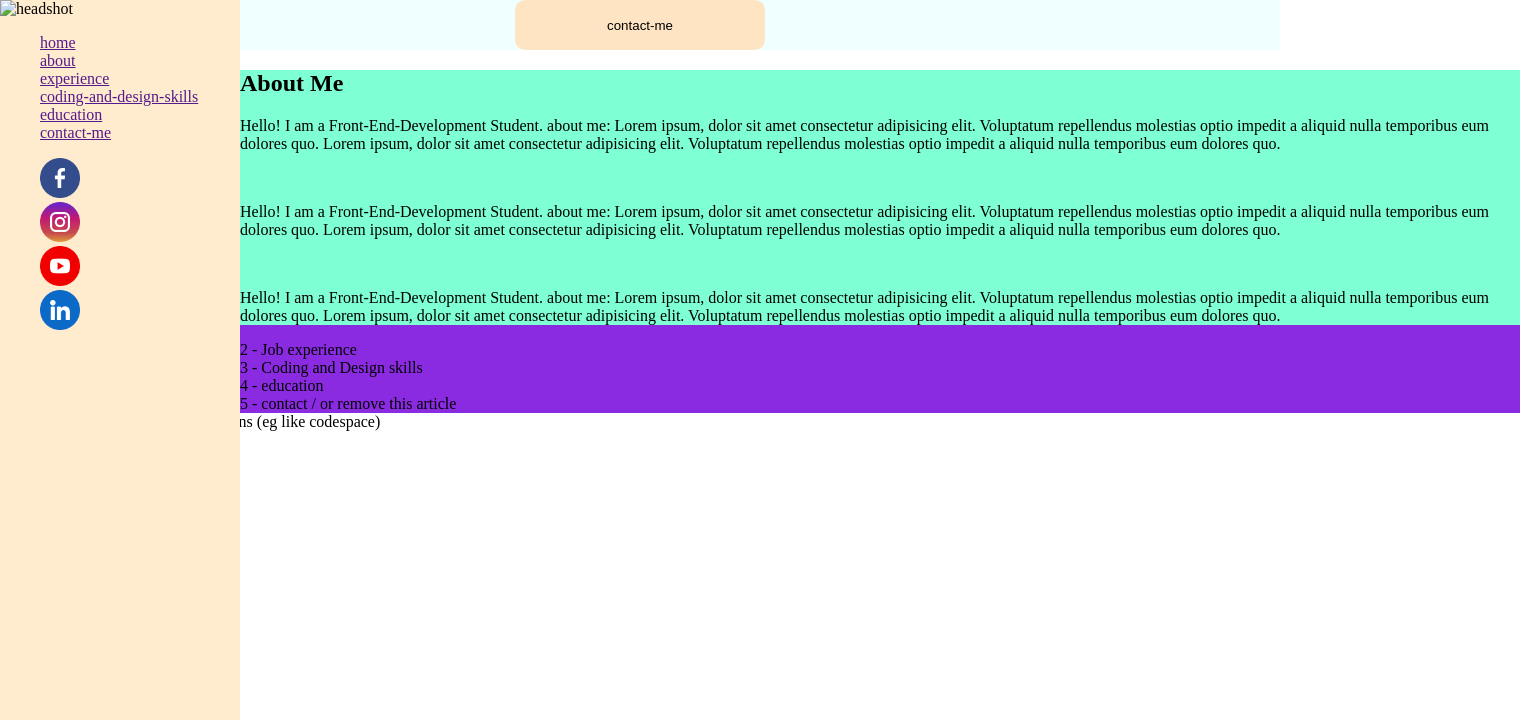
Repository: WesleyErasmus/MyDigitalResume-5
Page: index.html
These files come from the project's save history. The page is drawn as it stood at one moment and after the next save; the edit follows.
The browser window is 1280 px wide. The page is 1520 px wide, so the pictures cover 1520 px, including what lies to the right of the window. The pictures show the whole page.

Above is the page before, as saved 2022-02-22 15:01:40.

### index.html
<!DOCTYPE html>
<html lang="en">

<head>
    <meta charset="UTF-8">
    <meta http-equiv="X-UA-Compatible" content="IE=edge">
    <meta name="viewport" content="width=device-width, initial-scale=1.0">
    <title>Wesley Erasmus Digital Resume 5</title>
    <link rel="stylesheet" href="stylesheet.css">
</head>

<body>
    <!-- use hr tag -->
    <header>
        <span>
            <button id="contact-me-btn">contact-me</button>
        </span>
    </header>
    <nav>
        <img src="" alt="headshot">
        <ul class="nav-btns">
            <li><a href="">home</a></li>
            <li><a href="">about</a></li>
            <li><a href="">experience</a></li>
            <li><a href="">coding-and-design-skills</a></li>
            <li><a href="">education</a></li>
            <li><a href="">contact-me</a></li>
        </ul>
        <ul class="social-media-links">
            <li><a href="https://www.facebook.com/codespaceza" target="_blank"><img src="/icons/facebook.png"
                        alt="Facebook" width="40px" height="40px"></a></li>
            <li><a href="https://www.instagram.com/codespaceza/" target="_blank"><img src="icons/instagram.png"
                        alt="Instagram" width="40px" height="40px"></a></li>
            <li><a href="https://www.youtube.com/channel/UCfmXJliguiwBv2QlRzWdrxA" target="_blank"><img
                        src="icons/youtube.png" alt="YouTube" width="40px" height="40px"></a></li>
            <li><a href="https://www.linkedin.com/school/codespaceza/" target="_blank"><img src="icons/linkedin.png"
                        alt="LinkedIn" width="40px" height="40px"></a></li>
        </ul>
    </nav>
    <main>
        <article class="about-me">
            <h1>About Me</h1>
                <p>Hello! I am a Front-End-Development Student. about me: Lorem ipsum, dolor sit amet consectetur
                    adipisicing elit. Voluptatum repellendus molestias optio impedit a aliquid nulla temporibus eum
                    dolores quo. Lorem ipsum, dolor sit amet consectetur adipisicing elit. Voluptatum repellendus
                    molestias optio impedit a aliquid nulla temporibus eum dolores quo.</p>
                <br>
                <p>Hello! I am a Front-End-Development Student. about me: Lorem ipsum, dolor sit amet consectetur
                    adipisicing elit. Voluptatum repellendus molestias optio impedit a aliquid nulla temporibus eum
                    dolores quo. Lorem ipsum, dolor sit amet consectetur adipisicing elit. Voluptatum repellendus
                    molestias optio impedit a aliquid nulla temporibus eum dolores quo.</p>
                <br>
                <p>Hello! I am a Front-End-Development Student. about me: Lorem ipsum, dolor sit amet consectetur
                    adipisicing elit. Voluptatum repellendus molestias optio impedit a aliquid nulla temporibus eum
                    dolores quo. Lorem ipsum, dolor sit amet consectetur adipisicing elit. Voluptatum repellendus
                    molestias optio impedit a aliquid nulla temporibus eum dolores quo.</p>
        </article>
        <article class="job-experience">
            2 - Job experience
        </article>
        <article class="coding-and-design-skills">
            3 - Coding and Design skills
        </article>
        <article class="education">
            4 - education
        </article>
        <article>
            5 - contact / or remove this article
        </article>
    </main>
    <footer>
        contact details
        small social media icons (eg like codespace)
    </footer>

</body>

</html>

### stylesheet.css
* {
    box-sizing: border-box;
    list-style-type: none;
}
body {
    margin: 0;
    padding: 0;
}
header {
    background-color: azure;
    text-align: center;
}
button#contact-me-btn {
    background-color: bisque;
    width: 250px;
    height: 50px;
    border-radius: 10px;
    border: none;
}
nav {
    background-color: blanchedalmond;
    float: left;

    position: fixed;
    left: 0;
    overflow-y: auto;
    overflow-x: hidden;
    height: 100vh;
    min-height: 100vh;
    top: 0;
    width: 240px;
    z-index: 1;
}
main {
    background-color: blueviolet;
    position: relative;
    left: 240px;
}
article.about-me {
    /* position: relative; */
    /* left: 240px; */
    background-color: aquamarine;
}

After the next save:
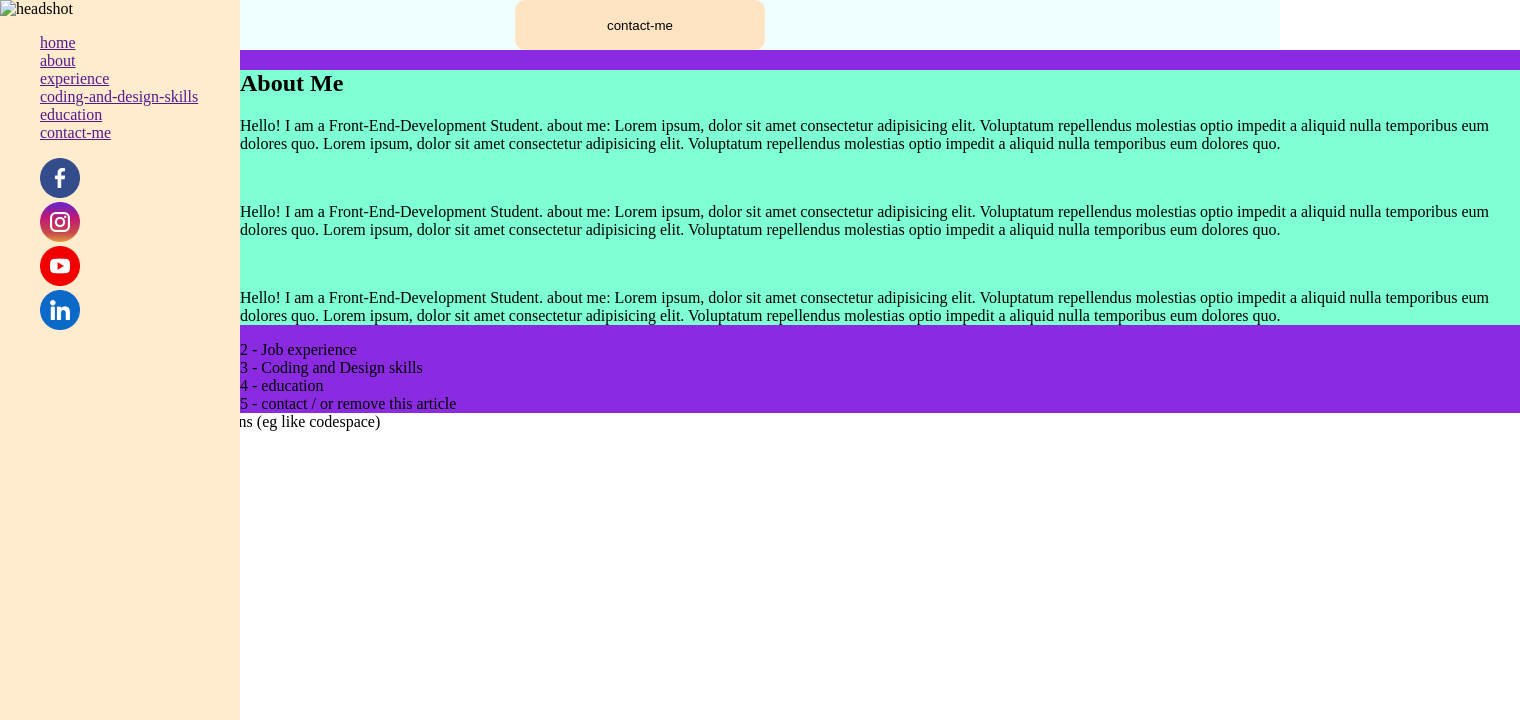
Saved 52 s later.
--- a/stylesheet.css
+++ b/stylesheet.css
@@ -35,6 +35,7 @@
     background-color: blueviolet;
     position: relative;
     left: 240px;
+    overflow-y: auto;
 }
 article.about-me {
     /* position: relative; */

After the 3 saves that followed:
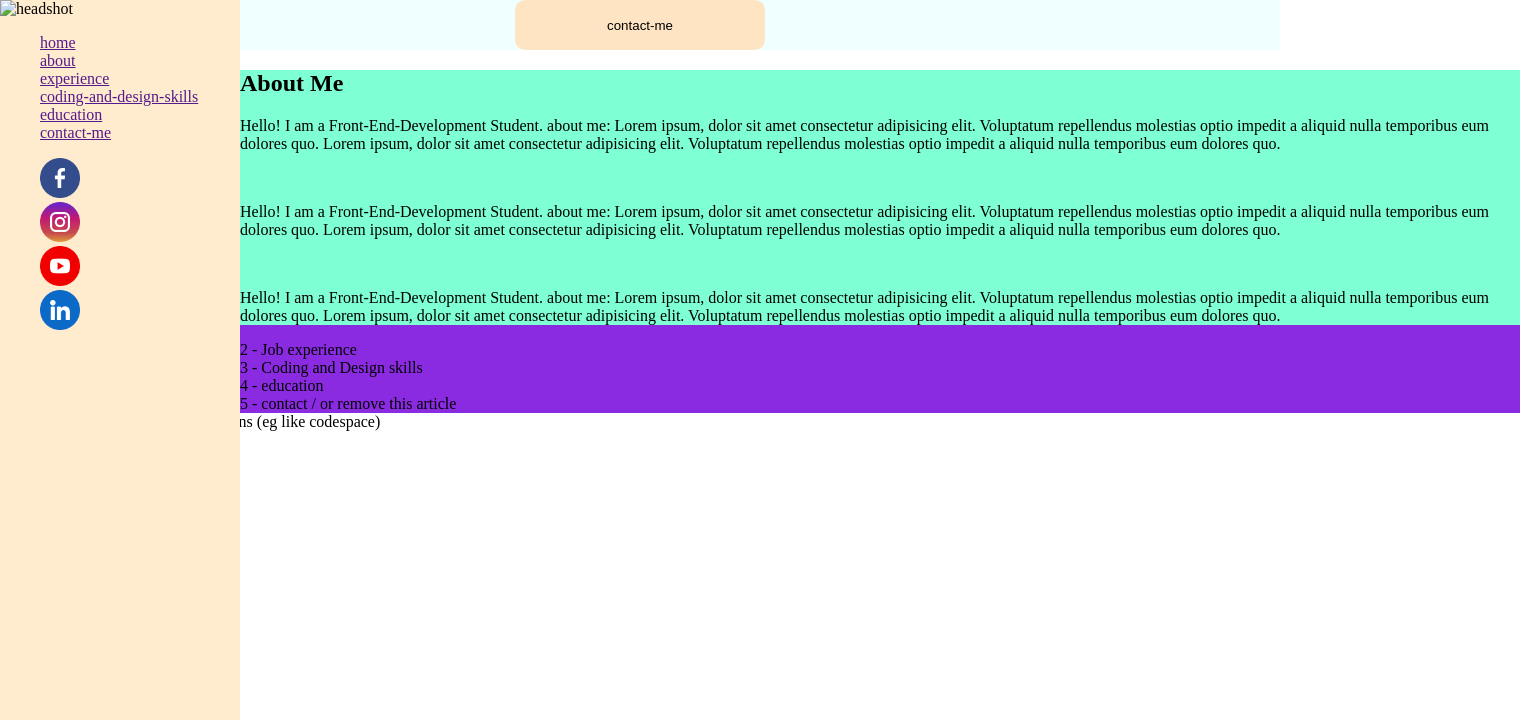
The 3 saves are shown as one change because 2 left the picture as it was.
The last was saved 32 s later.
--- a/stylesheet.css
+++ b/stylesheet.css
@@ -35,7 +35,6 @@
     background-color: blueviolet;
     position: relative;
     left: 240px;
-    overflow-y: auto;
 }
 article.about-me {
     /* position: relative; */
